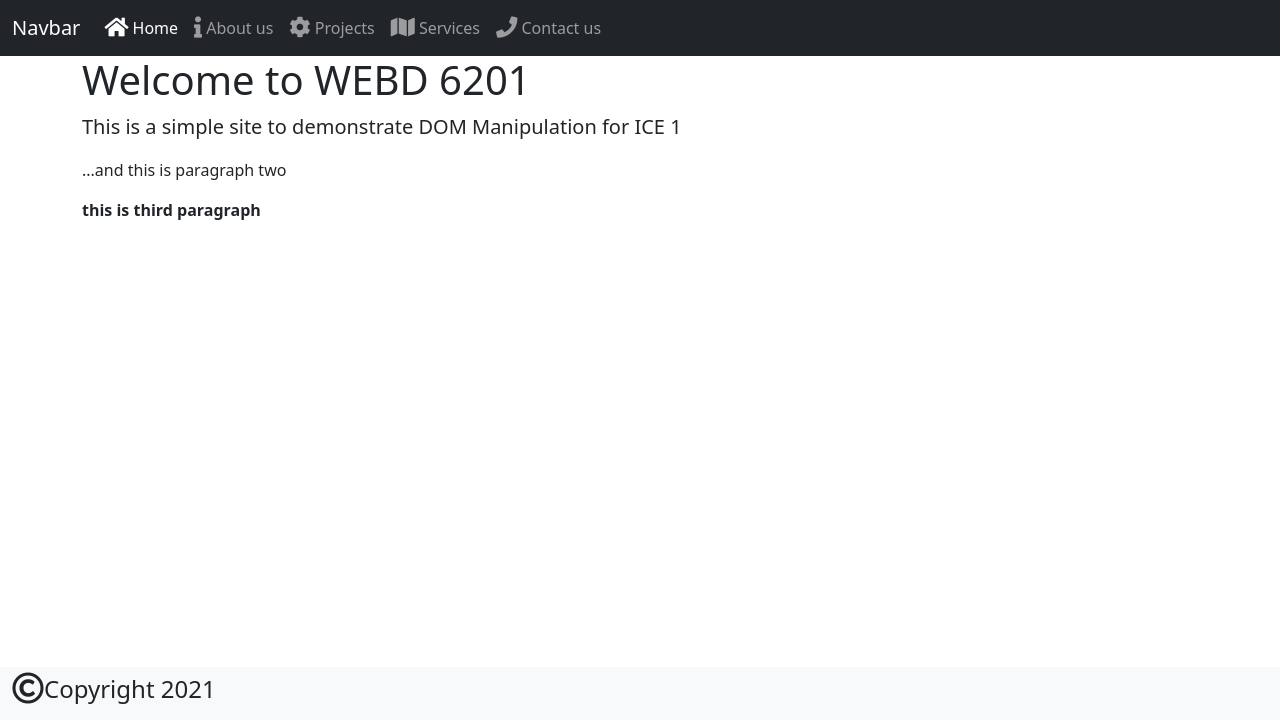
Repository: Hasib001/WEBD6201---W2021---ICE-1
Page: index.html
These files come from the project's save history. The page is drawn as it stood at one moment and after the next save; the edit follows.
The browser window is 1280 px wide. The pictures show the whole page.

Above is the page before, as saved 2021-02-06 13:43:44.

### index.html
<!DOCTYPE html>
<html lang="en">
<head>
    <meta charset="UTF-8">
    <meta name="viewport" content="width=device-width, initial-scale=1.0">
    <title>WEBD6201 - W2021 - ICE 1</title>
    <!--CSS Section -->
    <link rel="stylesheet" href="./node_modules/bootstrap/dist/css/bootstrap.min.css">
    <link rel="stylesheet" href="./node_modules/@fortawesome/fontawesome-free/css/all.css">
    <link rel="stylesheet" href="./Content/app.css" >
</head>
<body>

    <header>
        <nav class="navbar navbar-expand-lg navbar-dark bg-dark">
            <div class="container-fluid">
              <a class="navbar-brand" href="#">Navbar</a>
              <button class="navbar-toggler" type="button" data-bs-toggle="collapse" data-bs-target="#navbarSupportedContent" aria-controls="navbarSupportedContent" aria-expanded="false" aria-label="Toggle navigation">
                <span class="navbar-toggler-icon"></span>
              </button>
              <div class="collapse navbar-collapse" id="navbarSupportedContent">
                <ul class="navbar-nav me-auto mb-2 mb-lg-0">
                  <li class="nav-item">
                    <a class="nav-link active" aria-current="page" href="#"><i class="fas fa-home fa-lg"></i> Home</a>
                  </li>

                  <li class="nav-item">
                    <a class="nav-link" aria-current="page" href="#"><i class="fas fa-info fa-lg"></i> About us</a>
                  </li>

                  <li class="nav-item">
                    <a class="nav-link" aria-current="page" href="#"><i class="fas fa-cog fa-lg"></i> Projects</a>
                  </li>

                  <li class="nav-item">
                    <a class="nav-link" aria-current="page" href="#"><i class="fas fa-map fa-lg"></i> Services</a>
                  </li>

                  <li class="nav-item">
                    <a class="nav-link" aria-current="page" href="#"><i class="fas fa-phone fa-lg"></i> Contact us</a>
                  </li>

                </ul>

              </div>
            </div>
          </nav>

    </header>

    <div>
        <main class="container">
            <h1>Welcome to WEBD 6201</h1>
            <p id="paragraphOne"></p>
        </main>
    </div>

    <footer>
        <nav class="navbar fixed-bottom navbar-light bg-light">
            <div class="container-fluid">
              <h4><i class="far fa-copyright fa-lg"></i>Copyright 2021</h4>
            </div>
          </nav>

    </footer>


    <!--JAvascript section-->
    <script src="./node_modules/jquery/dist/jquery.min.js"></script>
    <script src="./node_modules/bootstrap/dist/js/bootstrap.bundle.min.js"></script>
    <script src="./Scripts/app.js" > </script>

</body>
</html>

### Content/app.css
/* css code goes here */

### Scripts/app.js
/* custom javaScript code goes here */

//IIFE - Immediately Invoked Function Expression
//AKA
//closure

"use strict";

(function()
{
    function Start()
    {
        console.log("App Started...");
        let paragraphOneText ="This is a simple site to demonstrate DOM Manipulation for ICE 1";

        let paragraphOneElement=document.getElementById("paragraphOne");

        paragraphOneElement.textContent=paragraphOneText;
        paragraphOneElement.className="fs-5";

        //step 1. document.create element
        let newParagraph = document.createElement("p");
        //step 2. configure element
        newParagraph.setAttribute("id","paragraphTwo");
        newParagraph.textContent="...and this is paragraph two";

        //step 3. select the parent element
        let mainContent = document.getElementsByTagName("main")[0];

        //step 4. Add/Insert the element
        mainContent.appendChild(newParagraph);

        newParagraph.className="fs-6";




        let paragraphDiv = document.createElement('div');
        let paragraphThree = '<p id="paragraphThree" class="fs-7 fw-bold">this is third paragraph</P>';
         paragraphDiv.innerHTML=paragraphThree;


        //insertion before paragraph
        //newParagraph.before(paragraphDiv);


        //insertion after
        newParagraph.after(paragraphDiv);

        //deletion
        //paragraphOneElement.remove();





    }

    window.addEventListener("load",Start);
}

)();

Loaded but not shown: node_modules/bootstrap/dist/css/bootstrap.min.css (library); node_modules/@fortawesome/fontawesome-free/css/all.css (library); node_modules/jquery/dist/jquery.min.js (library); node_modules/bootstrap/dist/js/bootstrap.bundle.min.js (library)

After the next save:
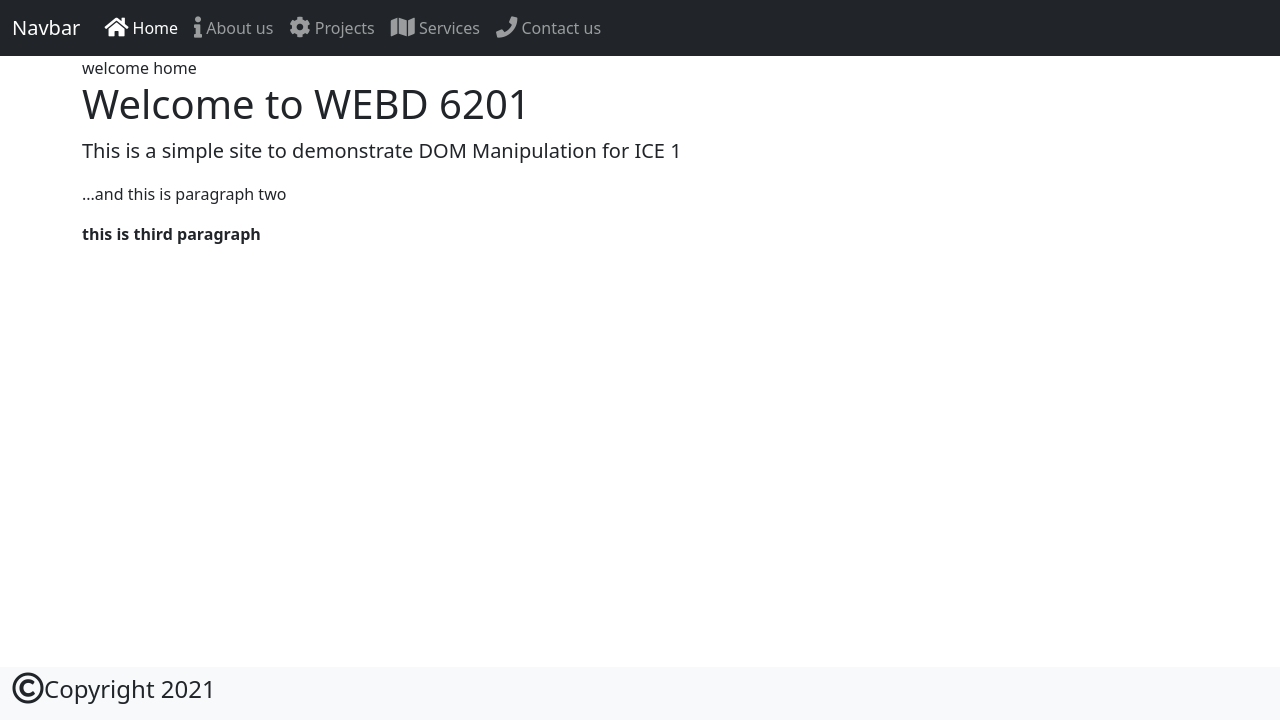
Saved 7 min 19 s later.
--- a/Scripts/app.js
+++ b/Scripts/app.js
@@ -50,6 +50,10 @@
         //deletion
         //paragraphOneElement.remove();
 
+        //update
+        mainContent.firstChild.textContent = "welcome home";
+
+
 
 
 
